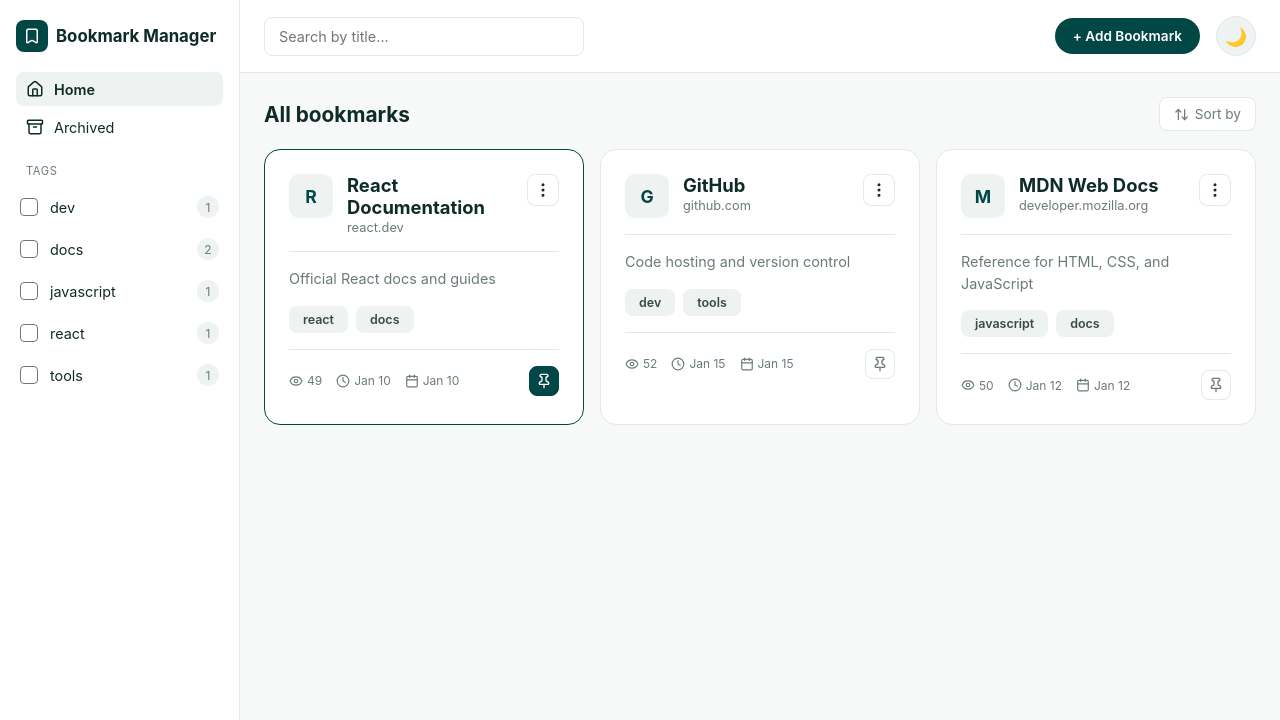
Repository: K0k1M4r/Big-Game-React
Page: /
These files come from the project's save history. The page is drawn as it stood at one moment and after the next save; the edit follows.
The browser window is 1280 px wide. The pictures show the whole page.
The project was rebuilt for these pictures with package versions that can differ from the ones it lists, and the page was loaded fresh each time. Also part of the build but not shown: vite.config.js, src/components/Modal.jsx, src/components/BookmarkForm.jsx, src/components/ConfirmModal.jsx.

Above is the page before, as saved 2026-10-02 13:20:40.

After the next save:
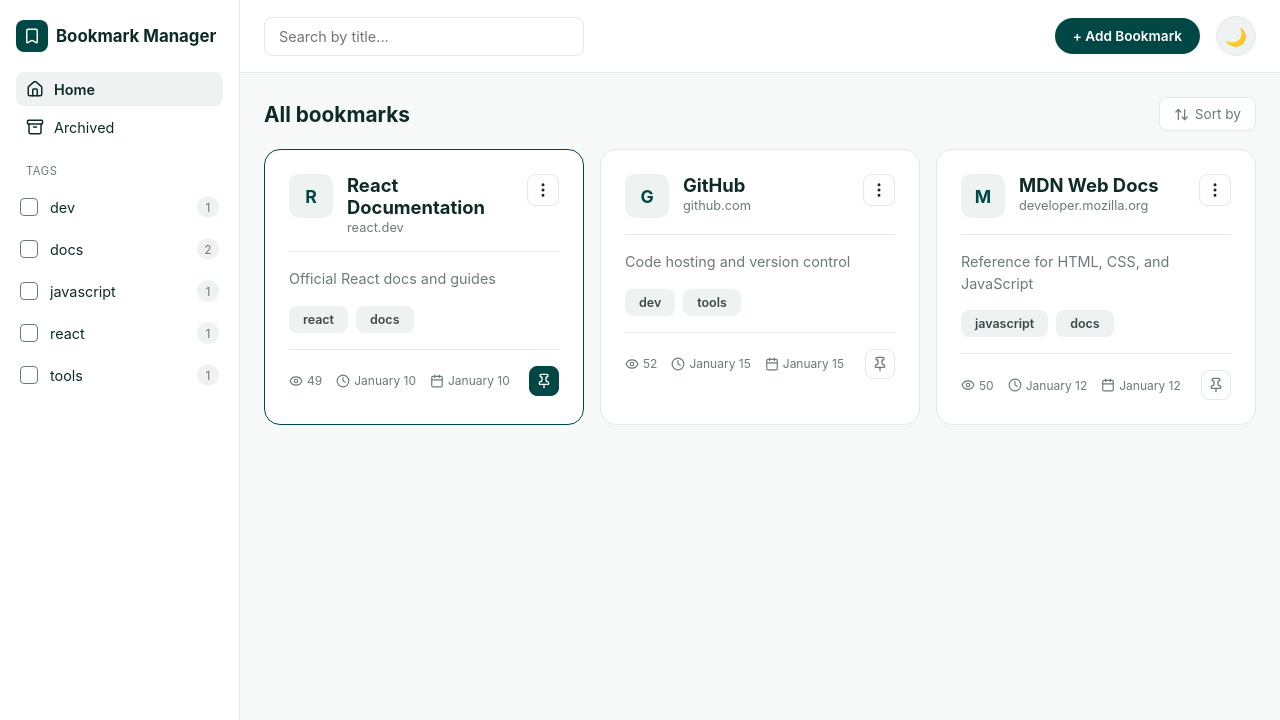
Saved 17 min 49 s later.
--- a/src/components/BookmarkCard.jsx
+++ b/src/components/BookmarkCard.jsx
@@ -21,7 +21,7 @@
 function formatDate(dateString) {
   return new Date(dateString).toLocaleDateString("en-US", {
     day: "numeric",
-    month: "short",
+    month: "long",
   });
 }
 

After the 2 saves that followed:
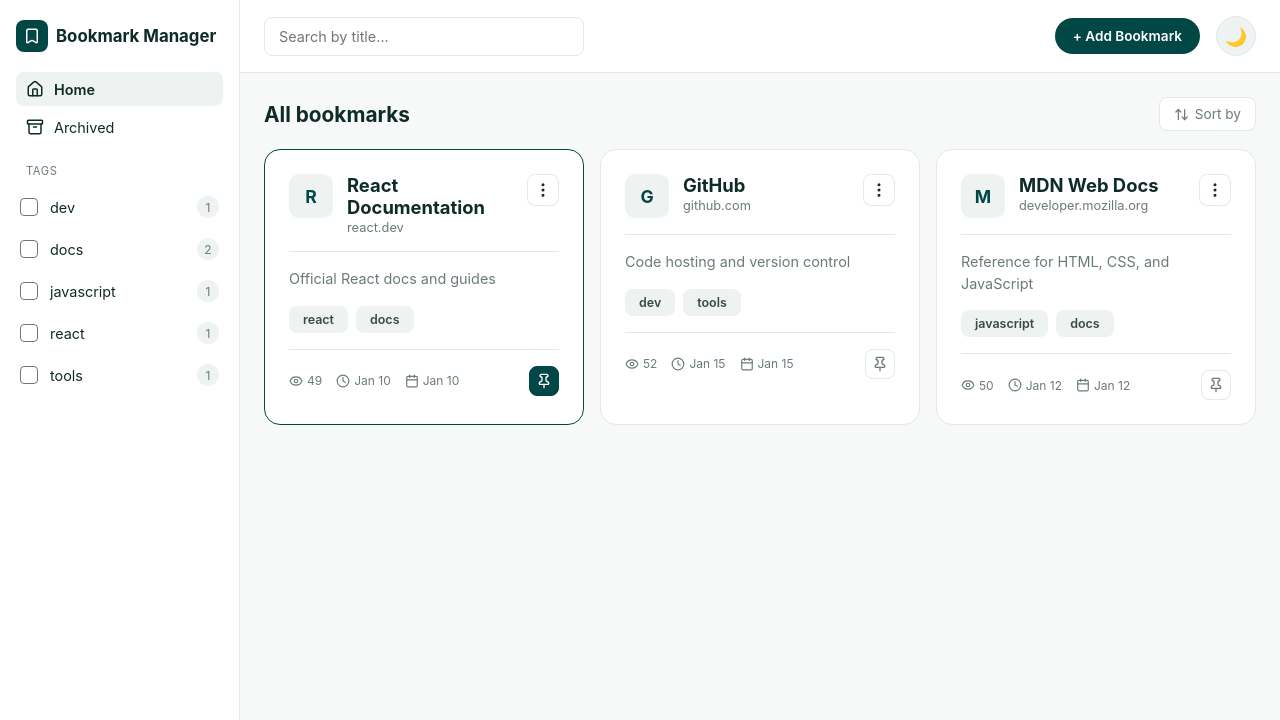
The 2 saves are shown as one change because they came seconds apart.
The last was saved 10 s later.
--- a/src/components/BookmarkCard.jsx
+++ b/src/components/BookmarkCard.jsx
@@ -21,7 +21,7 @@
 function formatDate(dateString) {
   return new Date(dateString).toLocaleDateString("en-US", {
     day: "numeric",
-    month: "long",
+    month: "short",
   });
 }
 
